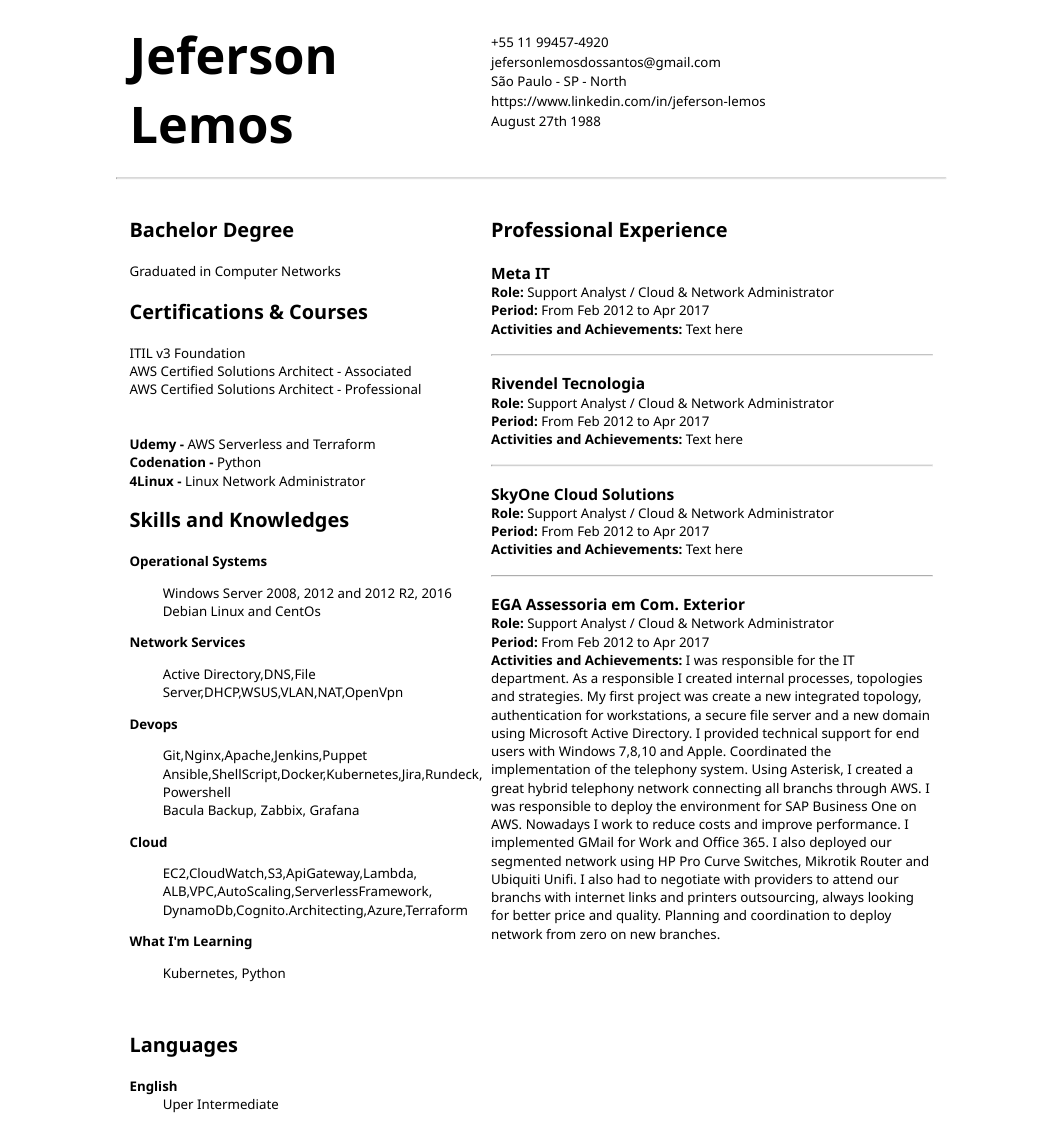
Repository: jefersonlemos/Resume
Page: index.html
The author's editor kept a copy of each file at every save. The page is drawn from the files as they stood at one save, then again after the next save.
The browser window is 1280 px wide. The pictures show the whole page, at 83% of full size.
Some icons come from a web library that is not loaded, so they are not drawn.

Above is the page before, as saved 2020-08-16 23:29:02.
Not found: css/normalize.css

After the next save:
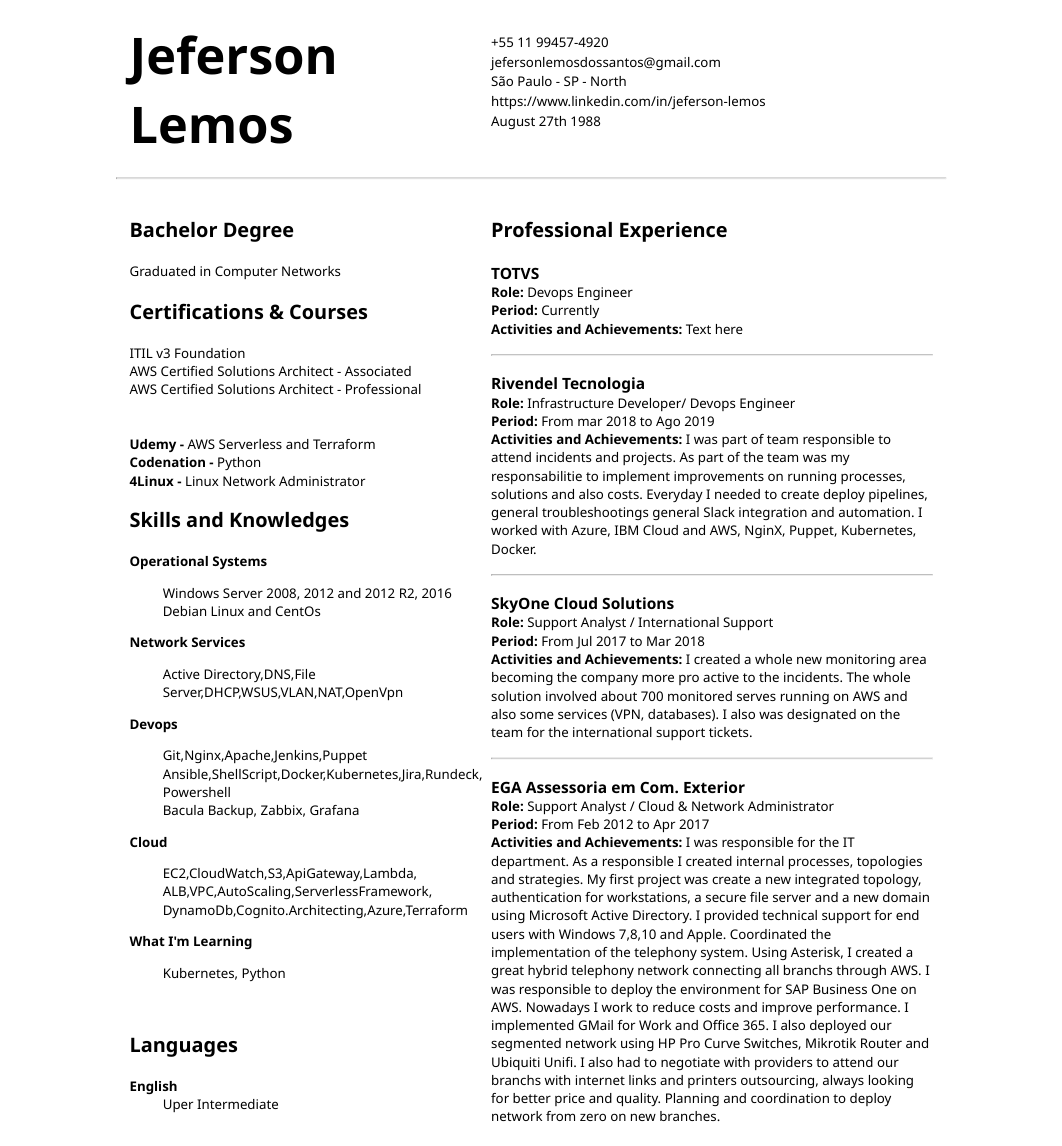
Saved 10 h 49 min later.
--- a/index.html
+++ b/index.html
@@ -111,20 +111,23 @@
                     Infrastructure Analyst/Cloud
                     <hr /> -->
                     <h2><i class="fa fa-fw fa-2x fa-suitcase"></i> Professional Experience</h2>
-                    <h3>Meta IT</h3>
-                    <strong>Role:</strong> Support Analyst / Cloud & Network Administrator <br />
-                    <strong>Period:</strong> From Feb 2012 to Apr 2017<br />
+                    <h3>TOTVS</h3>
+                    <strong>Role:</strong> Devops Engineer <br />
+                    <strong>Period:</strong> Currently<br />
                     <strong>Activities and Achievements:</strong> Text here
                     <hr />
                     <h3>Rivendel Tecnologia</h3>
-                    <strong>Role:</strong> Support Analyst / Cloud & Network Administrator <br />
-                    <strong>Period:</strong> From Feb 2012 to Apr 2017<br />
-                    <strong>Activities and Achievements:</strong> Text here
+                    <strong>Role:</strong> Infrastructure Developer/ Devops Engineer <br />
+                    <strong>Period:</strong> From mar 2018 to Ago 2019<br />
+                    <strong>Activities and Achievements:</strong> I was part of team responsible to attend incidents and projects. As part of the team was my responsabilitie
+                    to implement improvements on running processes, solutions and also costs. Everyday I needed to create deploy pipelines, general troubleshootings
+                    general Slack integration and automation. I worked with Azure, IBM Cloud and AWS, NginX, Puppet, Kubernetes, Docker.
                     <hr />
                     <h3>SkyOne Cloud Solutions</h3>
-                    <strong>Role:</strong> Support Analyst / Cloud & Network Administrator <br />
-                    <strong>Period:</strong> From Feb 2012 to Apr 2017<br />
-                    <strong>Activities and Achievements:</strong> Text here
+                    <strong>Role:</strong> Support Analyst / International Support <br />
+                    <strong>Period:</strong> From Jul 2017 to Mar 2018<br />
+                    <strong>Activities and Achievements:</strong> I created a whole new monitoring area becoming the company more pro active to the incidents. The whole solution involved about 700 monitored serves running on AWS and also some services (VPN, databases).
+                    I also was designated on the team for the international support tickets.
                     <hr />
                     <h3>EGA Assessoria em Com. Exterior</h3>
                     <strong>Role:</strong> Support Analyst / Cloud & Network Administrator <br />
